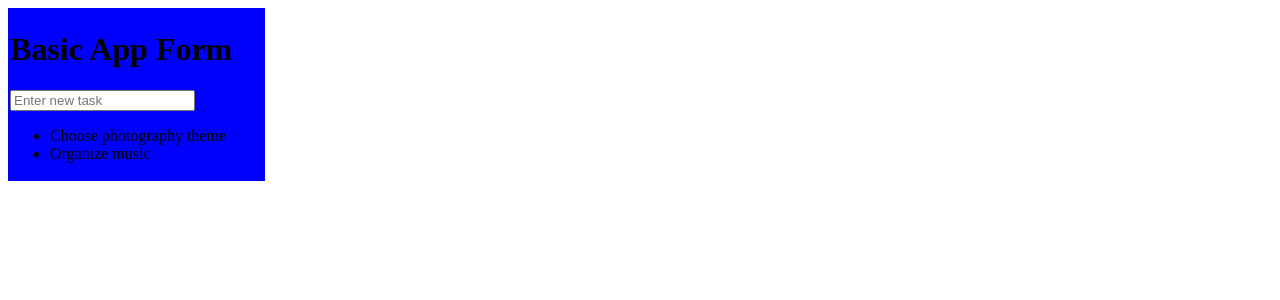
Repository: Kayla-amr/dgm_3760
Page: todoTemplate-W2/index.html
An editor plug-in stored every save of this project. The page is shown before and after a run of saves, followed by the edit.
The browser window is 1280 px wide. The pictures show the whole page.

Above is the page before, as saved 2022-10-17 10:51:06.

After the next 2 saves:
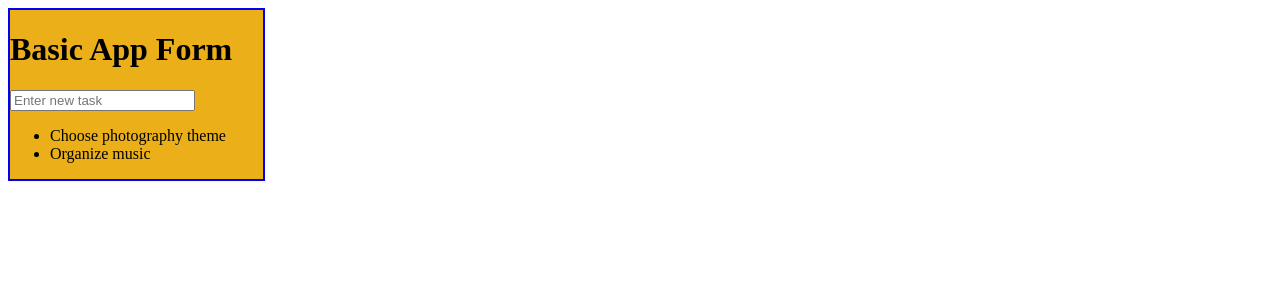
The 2 saves are shown as one change because they came seconds apart.
The last was saved 8 s later.
--- a/todoTemplate-W2/styles.css
+++ b/todoTemplate-W2/styles.css
@@ -1,5 +1,5 @@
 .taskForm{
-    background-color: #0000ff;
+    background-color: #eaaf19;
     border: 2px solid blue;
     width: 20%;
 }
